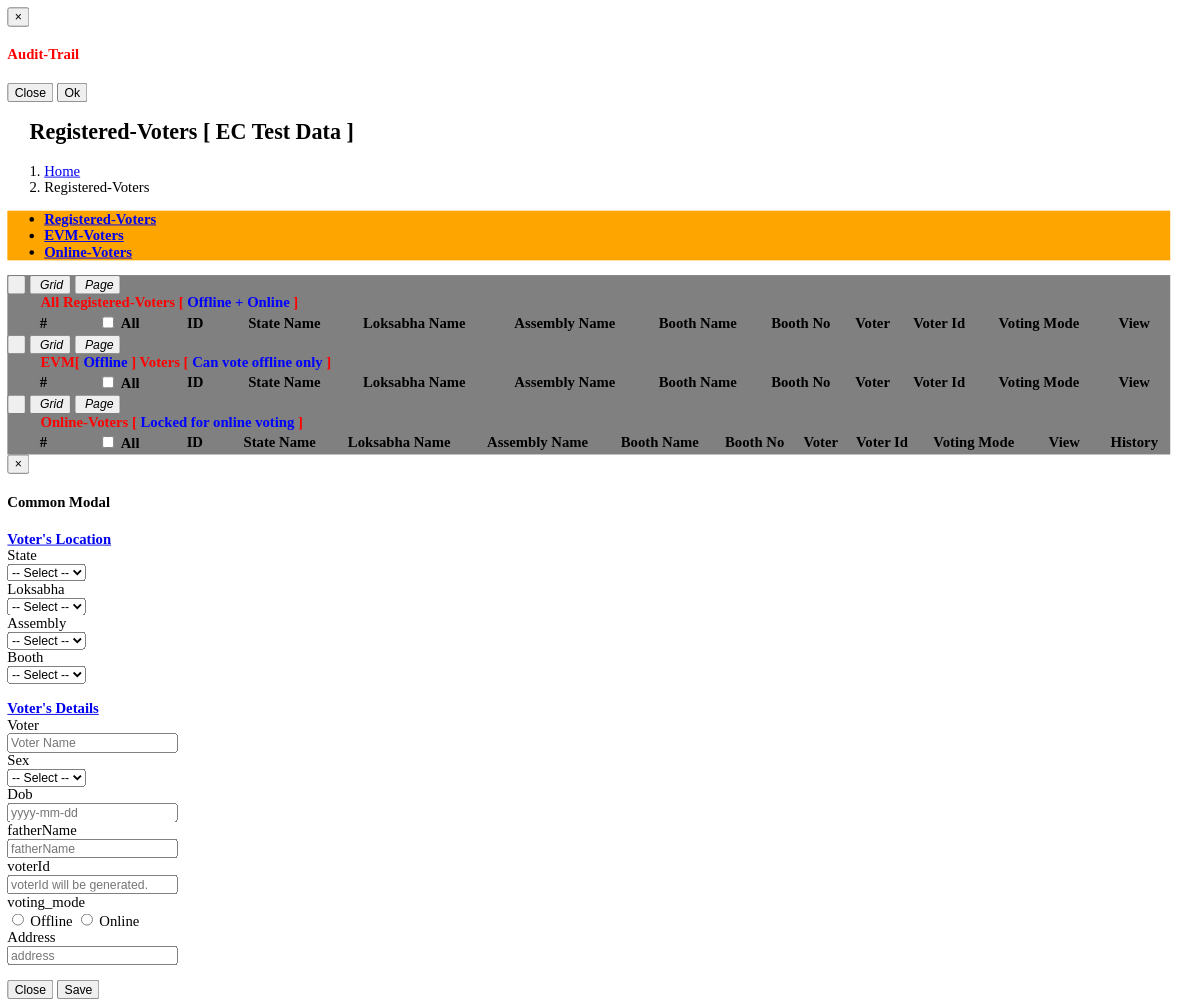
Repository: sanjeev167/IndiaOnLineVoting_3112020
Page: http://localhost/IndiaOnLineVoting/WEB-INF/jsp/ec/voters.jsp
An editor plug-in stored every save of this project. The page is shown before and after the next save, followed by the edit.
The browser window is 1280 px wide. The pictures show the whole page, at 92% of full size.
The page is served by Tomcat 9. Nobody is signed in. Other server files are loaded and not shown. The template is opened directly, without the code that normally fills it, so the values that code supplies are empty.

Above is the page before, as saved 2020-10-29 19:52:00.
Console error: TypeError: $(...).DataTable is not a function

### IndiaOnLineVoting/src/main/webapp/WEB-INF/jsp/ec/voters.jsp


	<!-- modal for Audit trail -->
	<div class="modal fade " id="auditTrailModalId">
		<div class="modal-dialog modal-sm ">
			<div class="modal-content" style="border-radius: 10px;">
				<div class="modal-header">
					<button type="button" class="close" data-dismiss="modal"
						aria-label="Close">
						<span aria-hidden="true">&times;</span>
					</button>
					<h4 class="modal-title">
						<b style="color: red;">Audit-Trail</b>
					</h4>
				</div>
				<div class="modal-body " style="border-radius: 10px;">
					<p id="n">

					</p>
				</div>
				<div class="modal-footer">
					<button type="button" class="btn btn-default pull-left"
						data-dismiss="modal">Close</button>
					<button type="button" class="btn btn-primary" >Ok</button>
				</div>
			</div>
			<!-- /.modal-content -->
		</div>
		<!-- /.modal-dialog -->
	</div>
	<!-- /.modal -->






	<!-- Full Width Column -->

	<!-- Content Header (Page header) -->
	<section class="content-header">
		<h1>
			&nbsp;&nbsp;&nbsp;&nbsp;Registered-Voters [ <strong>EC Test Data</strong> ]
		</h1>
		<ol class="breadcrumb">
			<li><a href="/"><i class="fa fa-dashboard"></i> Home</a></li>
			<li class="active">Registered-Voters</li>
		</ol>
	</section>

	<!-- Main content -->
	<section class="content">

		<div class="row">

			<div class="col-md-9">
				<div class="nav-tabs-custom" >
					<ul class="nav nav-tabs"
						style="background-color: orange; font-weight: bold;">
						<li class="active"><a href="#activity" data-toggle="tab">Registered-Voters</a></li>
						<li><a href="#timeline" data-toggle="tab">EVM-Voters</a></li>
						<li><a href="#settings" data-toggle="tab">Online-Voters</a></li>
					</ul>
					<div class="tab-content" style="background-color: grey;">
						<div class="active tab-pane" id="activity">
								<!-- /.box-header -->
								<div class="box-body">
									<div class="col-md-12">
										<div class="box box-primary ">
											<div class="box-header with-border">

												<div class="box-title">

													<button type="button">
														<i class="fa fa-search searchClass" data-toggle="modal">&nbsp;</i>
													</button>
													<button type="button" id="reloadGrid">
														<i class="fa fa-refresh">&nbsp;Grid</i>
													</button>
													<button type="button" id="refreshGrid">
														<i class="fa fa-refresh">&nbsp;Page</i>
													</button>
												</div>
												&nbsp;&nbsp;&nbsp;&nbsp;&nbsp;&nbsp;&nbsp;&nbsp;&nbsp;<strong style="color:red;">All Registered-Voters [ <span style="color:blue;">Offline + Online </span> ]</strong>
											</div>

											<div class="box-body ">
												<table id="votersEnrolledId" width="100%"
													class="table table-striped table-bordered table-hover table-condensed dt-responsive data-table">
													<thead>
														<tr>
															<th width="6%">#</th>
															<th width="7%"><input id="chkAll" type="checkbox">&nbsp;All</th>
															<th width="6%">ID</th>
															<th>State Name</th>
															<th>Loksabha Name</th>
															<th>Assembly Name</th>
															<th>Booth Name</th>
															<th>Booth No</th>
															<th>Voter</th>
															<th>Voter Id</th>
															<th>Voting Mode</th>
															<th width="6%">View</th>

														</tr>
													</thead>

												</table>
											</div>
											<!-- /.box-body -->

									</div>
									<!-- /.col -->
								</div>
								<!-- /.box-body -->
							</div>
							<!-- /.box -->

						</div>
						<!-- /.tab-pane -->




						<div class="tab-pane" id="timeline">
							 <!-- /.box-header -->
								<div class="box-body">
									<div class="col-md-12">
										<div class="box box-primary ">
											<div class="box-header with-border">

												<div class="box-title">

													<button type="button">
														<i class="fa fa-search SearchOffLineVotersClass" data-toggle="modal">&nbsp;</i>
													</button>
													<button type="button" id="reloadGrid">
														<i class="fa fa-refresh">&nbsp;Grid</i>
													</button>
													<button type="button" id="refreshGrid">
														<i class="fa fa-refresh">&nbsp;Page</i>
													</button>
												</div>
												&nbsp;&nbsp;&nbsp;&nbsp;&nbsp;&nbsp;&nbsp;&nbsp;&nbsp;<strong style="color:red;">EVM[ <span style="color:blue;">Offline</span> ] Voters [ <span style="color:blue;">Can vote offline only</span> ]</strong>
											</div>

											<div class="box-body ">
												<table id="votersEnrolledOfflineId" width="100%"
													class="table table-striped table-bordered table-hover table-condensed dt-responsive data-table">
													<thead>
														<tr>
														   <th width="6%">#</th>
															<th width="7%"><input id="chkAll" type="checkbox">&nbsp;All</th>
															<th width="6%">ID</th>
															<th>State Name</th>
															<th>Loksabha Name</th>
															<th>Assembly Name</th>
															<th>Booth Name</th>
															<th>Booth No</th>
															<th>Voter</th>
															<th>Voter Id</th>
															<th>Voting Mode</th>
															<th width="6%">View</th>

														</tr>
													</thead>

												</table>
											</div>
											<!-- /.box-body -->

									</div>
									<!-- /.col -->
								</div>
								<!-- /.box-body -->
							</div>
							<!-- /.box -->
						</div>
						<!-- /.tab-pane -->

						<div class="tab-pane" id="settings">
							      <!-- /.box-header -->
								<div class="box-body">
									<div class="col-md-12">
										<div class="box box-primary ">
											<div class="box-header with-border">

												<div class="box-title">

													<button type="button">
														<i class="fa fa-search SearchOnLineVotersClass" data-toggle="modal">&nbsp;</i>
													</button>
													<button type="button" id="reloadGrid">
														<i class="fa fa-refresh">&nbsp;Grid</i>
													</button>
													<button type="button" id="refreshGrid">
														<i class="fa fa-refresh">&nbsp;Page</i>
													</button>
												</div>
												&nbsp;&nbsp;&nbsp;&nbsp;&nbsp;&nbsp;&nbsp;&nbsp;&nbsp;<strong style="color:red;">Online-Voters [ <span style="color:blue;">Locked for online voting</span> ]</strong>
											</div>

											<div class="box-body ">
												<table id="votersEnrolledOnlineId" width="100%"
													class="table table-striped table-bordered table-hover table-condensed dt-responsive data-table">
													<thead>
														<tr>
															<th width="6%">#</th>
															<th width="7%"><input id="chkAll" type="checkbox">&nbsp;All</th>
															<th width="6%">ID</th>
															<th>State Name</th>
															<th>Loksabha Name</th>
															<th>Assembly Name</th>
															<th>Booth Name</th>
															<th>Booth No</th>
															<th>Voter</th>
															<th>Voter Id</th>
															<th>Voting Mode</th>
															<th width="6%">View</th>
															<th width="6%">History</th>

														</tr>
													</thead>

												</table>
											</div>
											<!-- /.box-body -->

									</div>
									<!-- /.col -->
								</div>
								<!-- /.box-body -->
							</div>
							<!-- /.box -->

						</div>
						<!-- /.tab-pane -->
					</div>
					<!-- /.tab-content -->
				</div>
				<!-- /.nav-tabs-custom -->
			</div>
			<!-- /.col -->
		</div>
		<!-- /.row -->

	</section>
	<!-- /.content -->



<!-- modal for add/update/view/search -->
<div class="modal fade" id="modal-common">
	<div class="modal-dialog modal-md">
		<div class="modal-content" style="border-radius: 10px;">
			<div class="modal-header">
				<button type="button" class="close" data-dismiss="modal"
					aria-label="Close">
					<span aria-hidden="true">&times;</span>
				</button>
				<h4 class="modal-title" id="commonModalTitleId">Common Modal</h4>
			</div>
			<div class="modal-body">
				<!-- form start -->
				<form class="form-horizontal" id="commonFormId" action="">
					<div class="box-body">
						<h5 id="successMsgId"></h5>
						<h5 id="searchMsgId"></h5>
						<strong style="color:red;" id="searchHideContentId"><a href="#" id="voterlocationId">Voter's Location </a></strong>
						<div id="voterLocationShowHideId">
									<div class="form-group">
										<label for="inputStateName" class="col-sm-4 control-label">
											State</label>
										<div class="col-sm-7">
											<select class="form-control" name="stateNameId"
												id="stateNameId">
												<option value="">-- Select --</option>

											</select> <span id="stateNameId_err" class="field-error"></span>
										</div>
									</div>
									<div class="form-group">
										<label for="inputLoksabhaName" class="col-sm-4 control-label">
											Loksabha</label>
										<div class="col-sm-7">
											<select class="form-control" name="loksabhaNameId"
												id="loksabhaNameId">
												<option value="">-- Select --</option>

											</select> <span id="loksabhaNameId_err" class="field-error"></span>
										</div>
									</div>

									<div class="form-group" id="assemblyLabledId">
										<label for="inputSortName" class="col-sm-4 control-label">
											Assembly</label>
										<div class="col-sm-7">
											<select class="form-control" name="assemblyNameId"
												id="assemblyNameId">
												<option value="">-- Select --</option>

											</select> <span id="assemblyNameId_err" class="field-error"></span>
										</div>
									</div>

									<div class="form-group" id="pollingBoothNameIdLabledId">
										<label for="inputSortName" class="col-sm-4 control-label">
											Booth</label>
										<div class="col-sm-7">
											<select class="form-control" name="pollingBoothNameId"
												id="pollingBoothNameIdId">
												<option value="">-- Select --</option>
											</select> <span id="pollingBoothNameIdId_err" class="field-error"></span>
										</div>
									</div>
                         </div>



								<!-- Voter Location -->
								<br>
								<strong style="color:red;" id="searchHide1ContentId"><a href="#"  id="voterDetailId"> Voter's Details </a></strong>
								<div id="voterDetailShowHideId">

										<div class="form-group" id="voterNameLabledId">
											<label for="inputSortName" class="col-sm-4 control-label">
												Voter</label>
											<div class="col-sm-7">
												<input type="text" class="form-control" name="voterName"
													id="voterNameId" placeholder="Voter Name">
													<span
												id="voterNameId_err" class="field-error"></span>
											</div>
										</div>

										<div class="form-group" id="sexLabledId">
											<label for="inputSortName" class="col-sm-4 control-label">
												Sex</label>
											<div class="col-sm-7">
											        <select class="form-control" name="sex"	id="sexId">
												       <option value="">-- Select --</option>
												       <option value="M">Male</option>
												       <option value="F">Female</option>
											        </select>
													<span id="sexId_err" class="field-error"></span>
											</div>
										</div>

										<div class="form-group" id="dobForPageLabledId">
											<label for="inputSortName" class="col-sm-4 control-label">
												Dob</label>
											<div class="col-sm-7">
												<input type="text" class="form-control" name="dobForPage" id="dobForPageId" placeholder="yyyy-mm-dd">
													<span
												id="dobForPageId_err" class="field-error"></span>
											</div>
										</div>

										<div class="form-group" id="fatherNameLabledId">
											<label for="inputSortName" class="col-sm-4 control-label">
												fatherName</label>
											<div class="col-sm-7">
												<input type="text" class="form-control" name="fatherName"
													id="fatherNameId" placeholder="fatherName">
													<span
												id="fatherNameId_err" class="field-error"></span>
											</div>
										</div>

										<div class="form-group" id="voterIdLabledId">
											<label for="inputSortName" class="col-sm-4 control-label">
												voterId</label>
											<div class="col-sm-7">
												<input type="text" class="form-control" name="voterId"
													id="voterIdId" placeholder="voterId will be generated.">
													<span
												id="voterIdId_err" class="field-error"></span>
											</div>
										</div>

										<div class="form-group" id="voting_modeLabledId">
											<label for="inputSortName" class="col-sm-4 control-label">
												voting_mode</label>
											<div class="col-sm-7">
											     <input type="radio" name="voting_mode" id="offlineVoting_modeId" value="0">&nbsp;Offline
											     <input type="radio" name="voting_mode" id="onlineVoting_modeId" value="1">&nbsp;Online

													<span
												id="voting_modeId_err" class="field-error"></span>
											</div>
										</div>

										<div class="form-group" id="addressLabledId">
											<label for="inputSortName" class="col-sm-4 control-label">
												Address</label>
											<div class="col-sm-7">
												<input type="text" class="form-control" name="address"
													id="addressId" placeholder="address">
													<span
												id="addressId_err" class="field-error"></span>
											</div>
										</div>
								</div>
								   <input hidden="true" name="id" id="votersEnrolledRecordId" />
							</div>
							<!-- /.box-body -->

							<!-- /.box-footer -->
				</form>

			</div>
			<div class="modal-footer">
				<button type="button" class="btn btn-info" data-dismiss="modal">Close</button>
				<button type="button"
					class="btn btn-warning commonButtonActionClass"
					id="commonButtonActionId">Save</button>
			</div>
		</div>
		<!-- /.modal-content -->
	</div>
	<!-- /.modal-dialog -->
</div>
<!-- /.modal -->









	<!-- jQuery 3  -->
	<script
		src="https://ajax.googleapis.com/ajax/libs/jquery/3.4.1/jquery.min.js"></script>
	<script
		src="https://maxcdn.bootstrapcdn.com/bootstrap/3.4.0/js/bootstrap.min.js"></script>
	<script
		src="${contextPath}/resources/assets/pageSpecific/js/votersEnrolled_list.js"></script>

Loaded but not shown: IndiaOnLineVoting/src/main/webapp/resources/assets/pageSpecific/js/votersEnrolled_list.js (1374 lines, source omitted)

After the next save:
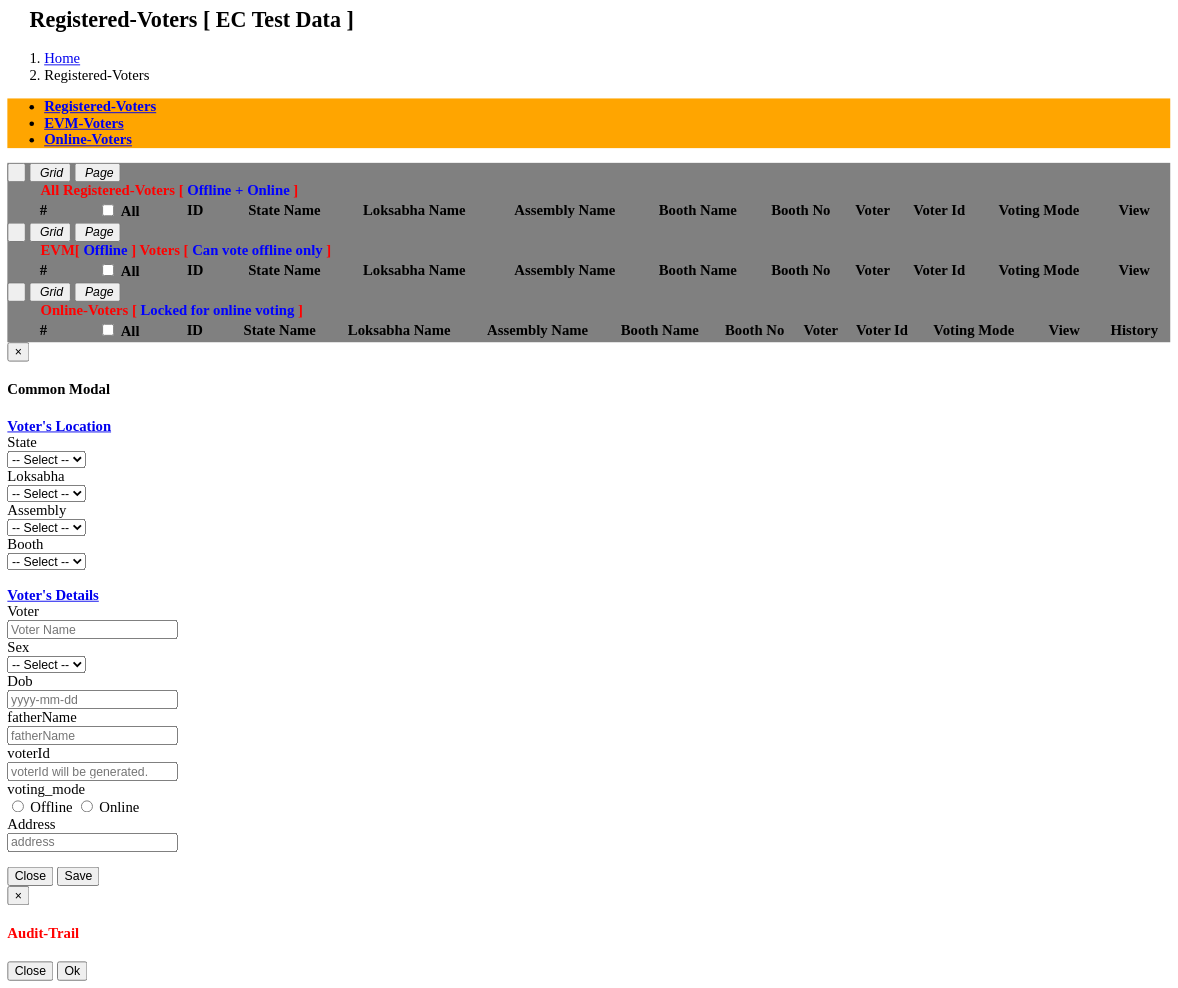
Saved 22 s later.
--- a/IndiaOnLineVoting/src/main/webapp/WEB-INF/jsp/ec/voters.jsp
+++ b/IndiaOnLineVoting/src/main/webapp/WEB-INF/jsp/ec/voters.jsp
@@ -1,38 +1,3 @@
-
-
-	<!-- modal for Audit trail -->
-	<div class="modal fade " id="auditTrailModalId">
-		<div class="modal-dialog modal-sm ">
-			<div class="modal-content" style="border-radius: 10px;">
-				<div class="modal-header">
-					<button type="button" class="close" data-dismiss="modal"
-						aria-label="Close">
-						<span aria-hidden="true">&times;</span>
-					</button>
-					<h4 class="modal-title">
-						<b style="color: red;">Audit-Trail</b>
-					</h4>
-				</div>
-				<div class="modal-body " style="border-radius: 10px;">
-					<p id="n">
-
-					</p>
-				</div>
-				<div class="modal-footer">
-					<button type="button" class="btn btn-default pull-left"
-						data-dismiss="modal">Close</button>
-					<button type="button" class="btn btn-primary" >Ok</button>
-				</div>
-			</div>
-			<!-- /.modal-content -->
-		</div>
-		<!-- /.modal-dialog -->
-	</div>
-	<!-- /.modal -->
-
-
-
-
 
 
 	<!-- Full Width Column -->
@@ -437,3 +402,35 @@
 		src="https://maxcdn.bootstrapcdn.com/bootstrap/3.4.0/js/bootstrap.min.js"></script>
 	<script
 		src="${contextPath}/resources/assets/pageSpecific/js/votersEnrolled_list.js"></script>
+
+
+
+		<!-- modal for Audit trail -->
+	<div class="modal fade " id="auditTrailModalId">
+		<div class="modal-dialog modal-sm ">
+			<div class="modal-content" style="border-radius: 10px;">
+				<div class="modal-header">
+					<button type="button" class="close" data-dismiss="modal"
+						aria-label="Close">
+						<span aria-hidden="true">&times;</span>
+					</button>
+					<h4 class="modal-title">
+						<b style="color: red;">Audit-Trail</b>
+					</h4>
+				</div>
+				<div class="modal-body " style="border-radius: 10px;">
+					<p id="n">
+
+					</p>
+				</div>
+				<div class="modal-footer">
+					<button type="button" class="btn btn-default pull-left"
+						data-dismiss="modal">Close</button>
+					<button type="button" class="btn btn-primary" >Ok</button>
+				</div>
+			</div>
+			<!-- /.modal-content -->
+		</div>
+		<!-- /.modal-dialog -->
+	</div>
+	<!-- /.modal -->
